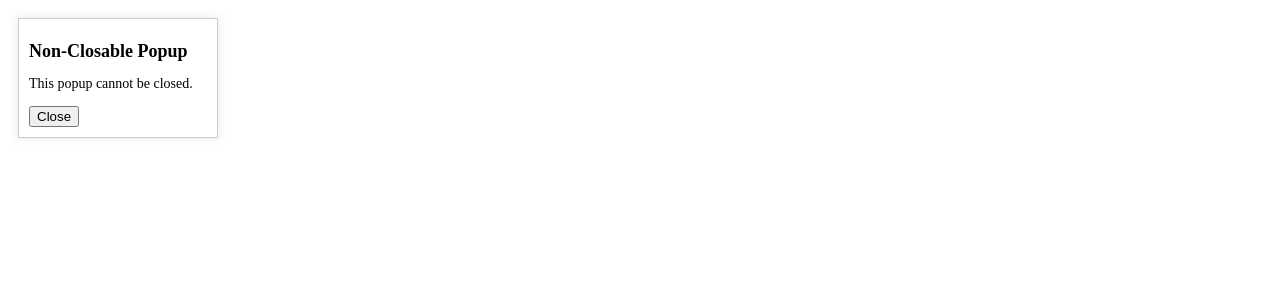
Repository: AndrlmMass/Time-management-chrome-extension
Page: popup.html
The author's editor kept a copy of each file at every save. The page is drawn from the files as they stood at one save, then again after the next save.
The browser window is 1280 px wide. The pictures show the whole page.

Above is the page before, as saved 2023-08-24 20:25:42.

### popup.html
<!DOCTYPE html>
<html>
<head>
  <title>My Non-Closable Popup</title>
  <link rel="stylesheet" type="text/css" href="popup.css">
  <script src="popup.js"></script>
</head>
<body>
  <div id="popup-container">
    <h1>Non-Closable Popup</h1>
    <p>This popup cannot be closed.</p>
    <button class="popup-close">Close</button>
  </div>
</body>
</html>

### popup.css
body {
  width: 200px;
  padding: 10px;
}

#popup-container {
  padding: 10px;
  background-color: #fff;
  border: 1px solid #ccc;
  box-shadow: 0 0 10px rgba(0, 0, 0, 0.1);
}

h1 {
  font-size: 18px;
  margin-bottom: 10px;
}

p {
  font-size: 14px;
}

#close-button {
  margin-top: 10px;
  display: none;
}

### popup.js
document.addEventListener("DOMContentLoaded", function () {
  var closeButton = document.querySelector(".popup-close");
  var popupContainer = document.getElementById("popup-container");

  closeButton.addEventListener("click", function (event) {
    event.stopPropagation();
    return false;
  });

  document.addEventListener("click", function (event) {
    if (event.target !== popupContainer && !popupContainer.contains(event.target)) {
      event.stopPropagation();
      event.preventDefault();
    }
  });
});

### styles.css
@font-face {
  font-family: 'CustomFont';
  src: url('path/to/font.woff2') format('woff2'),
       url('path/to/font.woff') format('woff');
}

body {
    font-family: 'Calibri', sans-serif;
  }

  #popup-container {
    padding: 10px;
    margin: 0;
    width: 150px;
    background-color: #f1e8dc;
    border: 2px solid #4c8eba;
    border-radius: 10px;
  }

After the next save:
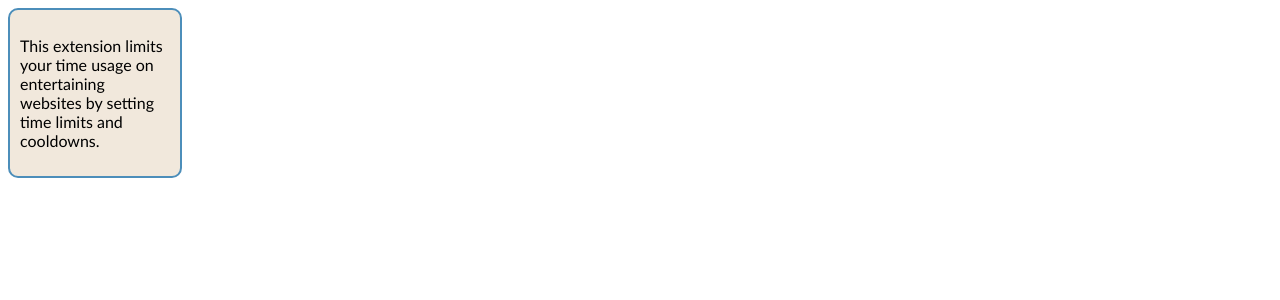
Console error: TypeError: Cannot read properties of null (reading 'addEventListener')
Saved 85 s later.
--- a/popup.html
+++ b/popup.html
@@ -1,15 +1,13 @@
 <!DOCTYPE html>
 <html>
 <head>
-  <title>My Non-Closable Popup</title>
-  <link rel="stylesheet" type="text/css" href="popup.css">
-  <script src="popup.js"></script>
+  <title>Popup</title>
+  <link rel="stylesheet" type="text/css" href="styles.css">
 </head>
 <body>
   <div id="popup-container">
-    <h1>Non-Closable Popup</h1>
-    <p>This popup cannot be closed.</p>
-    <button class="popup-close">Close</button>
+    <p>This extension limits your time usage on entertaining websites by setting time limits and cooldowns.</p>
   </div>
+  <script src="popup.js"></script>
 </body>
 </html>
